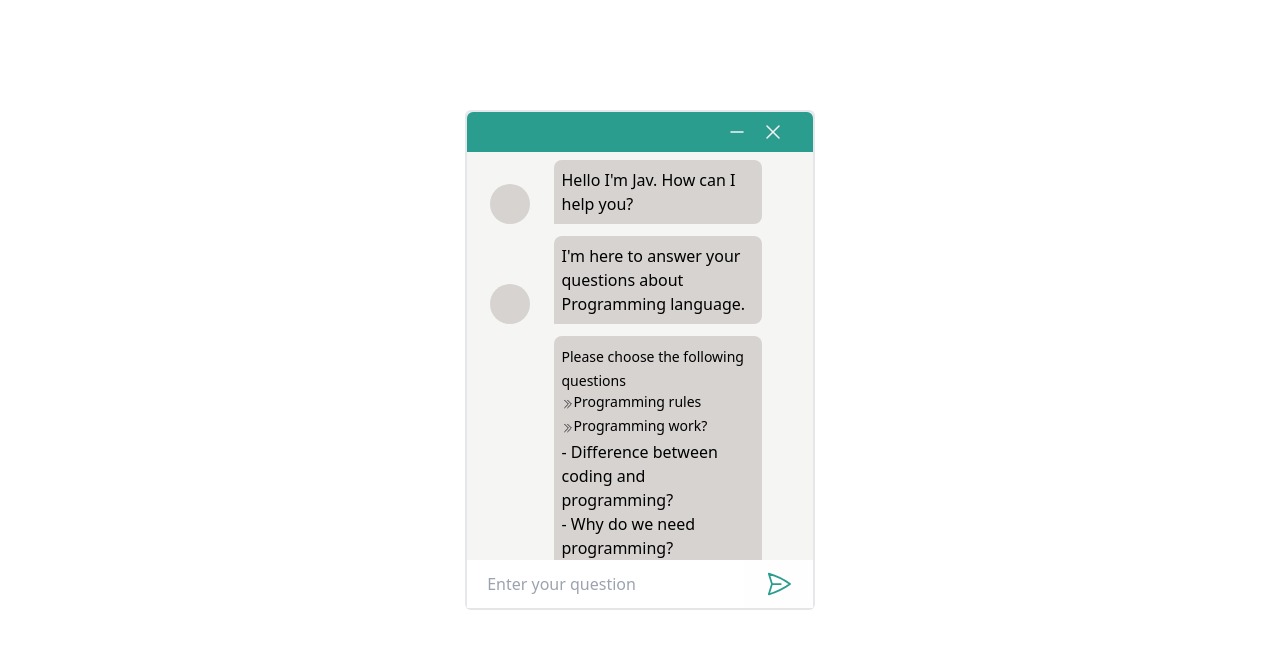
Repository: hsumyatm7308/Chatbot
Page: index.html
An editor plug-in stored every save of this project. The page is shown before and after a run of saves, followed by the edit.
The browser window is 1280 px wide. The pictures show the whole page.
Some web libraries are served in a nearby version.

Above is the page before, as saved 2023-07-09 12:45:26.

After the next 2 saves:
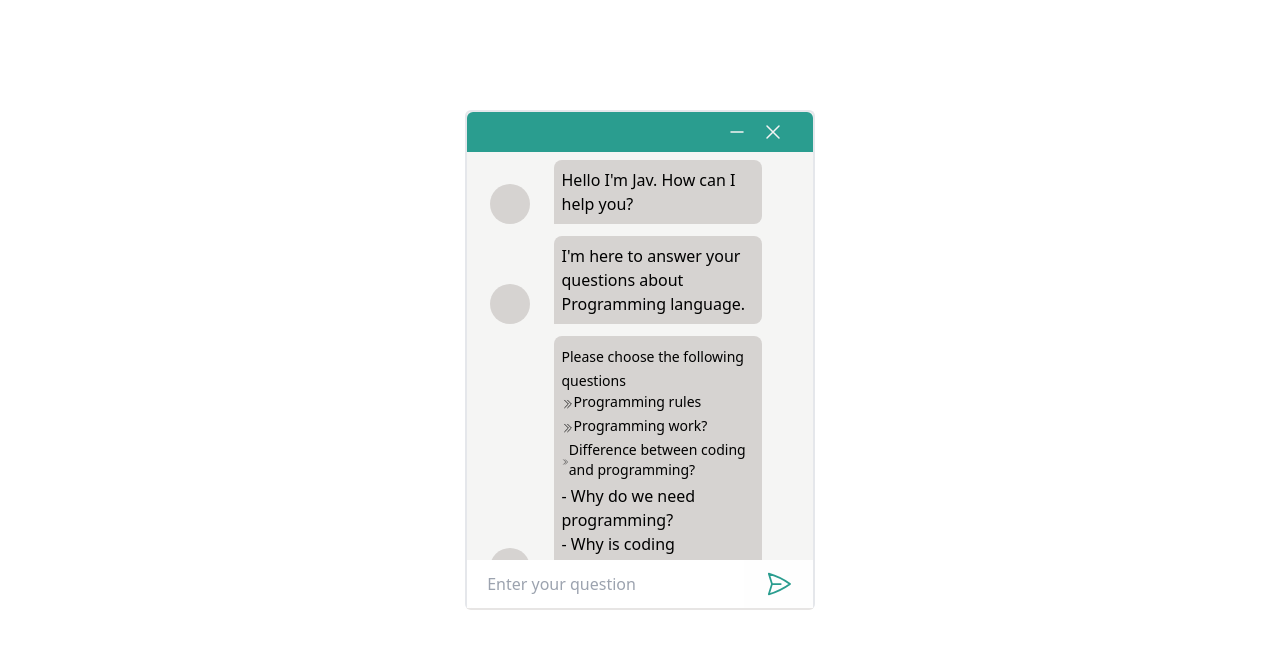
The 2 saves are shown as one change because they came seconds apart.
The last was saved 31 s later.
--- a/index.html
+++ b/index.html
@@ -86,9 +86,17 @@
                                                         d="M11.25 4.5l7.5 7.5-7.5 7.5m-6-15l7.5 7.5-7.5 7.5" />
                                                 </svg>
                                                 <span class="mb-1">Programming work?</span></a></li>
-                                        <li class="text-md"><a href=""> </a></li>
-                                        <li class="text-md"><a href="">- Difference between coding and programming?</a>
-                                        </li>
+
+                                        <li class="text-md flex"><a href=""
+                                                class="text-sm flex justify-center items-center"><svg
+                                                    xmlns="http://www.w3.org/2000/svg" fill="none" viewBox="0 0 24 24"
+                                                    stroke-width="1.5" stroke="currentColor" class="w-3 h-3">
+                                                    <path stroke-linecap="round" stroke-linejoin="round"
+                                                        d="M11.25 4.5l7.5 7.5-7.5 7.5m-6-15l7.5 7.5-7.5 7.5" />
+                                                </svg>
+                                                <span class="mb-1"> Difference between coding and programming?</span></a></li>
+
+
                                         <li class="text-md"><a href="">- Why do we need programming?</a></li>
                                         <li class="text-md"><a href="">- Why is coding important?</a></li>
                                     </ul>
